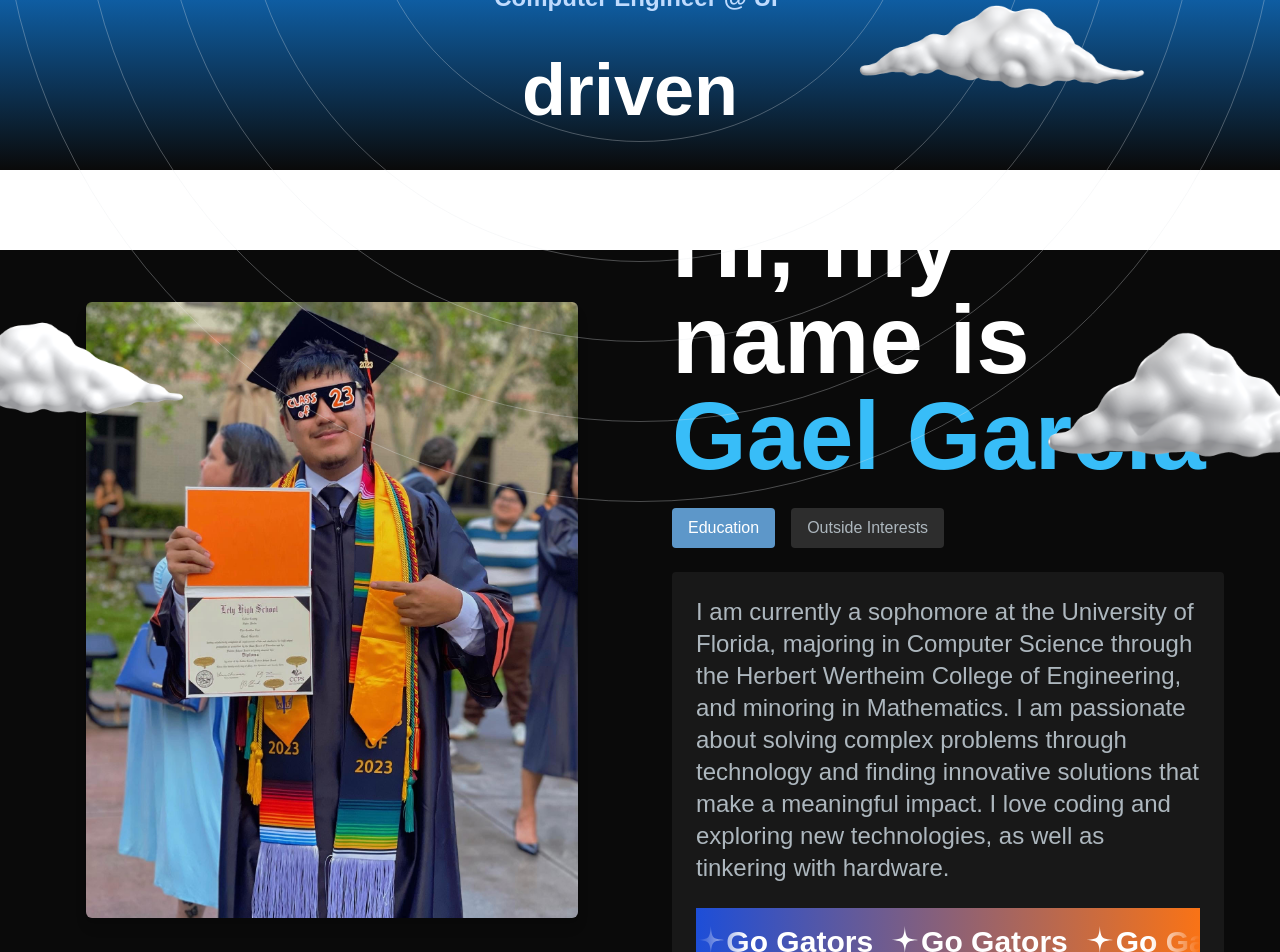
Repository: GG1627/2d-portfolio
Page: /
An editor plug-in stored every save of this project. The page is shown before and after the next save, followed by the edit.
The browser window is 1280 px wide. The pictures show the part of the page from y = 550 to 1502 px (the page is 5640 px tall).
The project was rebuilt for these pictures with package versions that can differ from the ones it lists, and the page was loaded fresh each time. The framework's server and built-in components were replaced by stand-ins that run in the browser. Also part of the build but not shown: next.config.ts.

Above is the page before, as saved 2025-01-08 13:06:50.

After the next save:
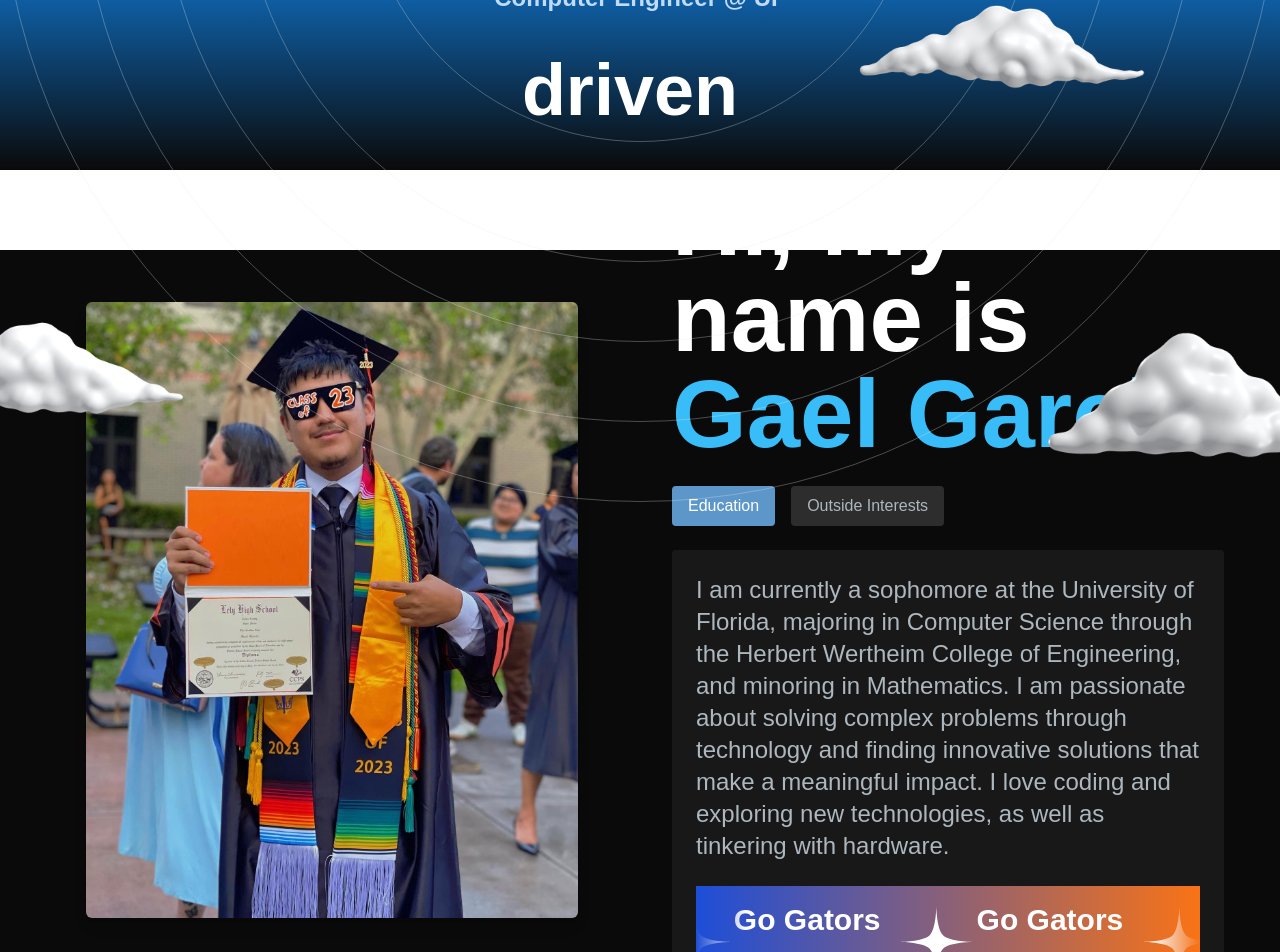
Saved 10 s later.
--- a/app/sections/About.tsx
+++ b/app/sections/About.tsx
@@ -100,7 +100,7 @@
                               >
                                 {text}
                               </span>
-                              <StarIcon className="w-8 h-8 text-white" />
+                              <StarIcon className="w-20 h-20 text-white" />
                             </div>
                           ))}
                         </Fragment>

After the save that followed:
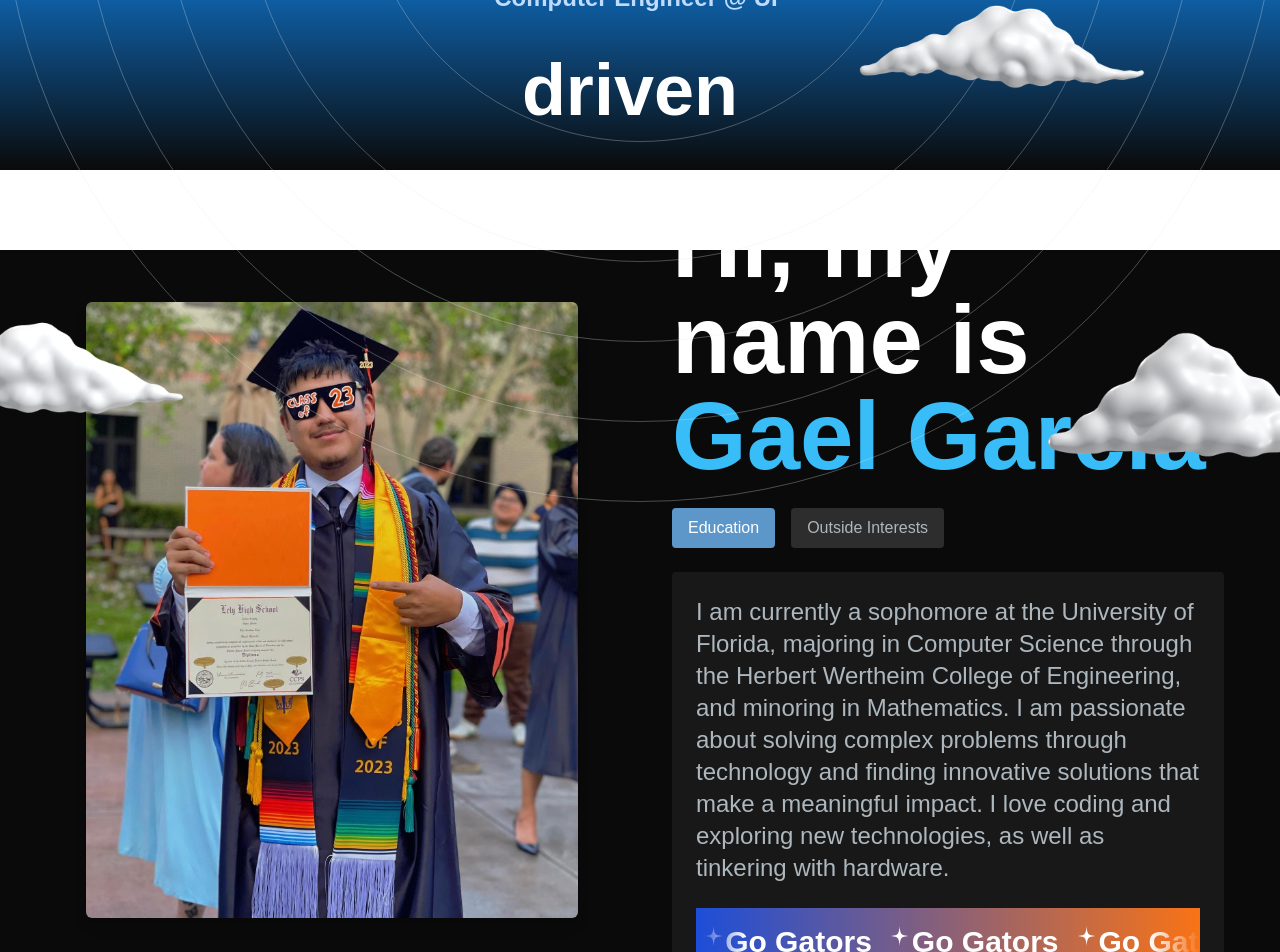
Saved 20 s later.
--- a/app/sections/About.tsx
+++ b/app/sections/About.tsx
@@ -100,7 +100,7 @@
                               >
                                 {text}
                               </span>
-                              <StarIcon className="w-20 h-20 text-white" />
+                              <StarIcon className=" text-white" />
                             </div>
                           ))}
                         </Fragment>
